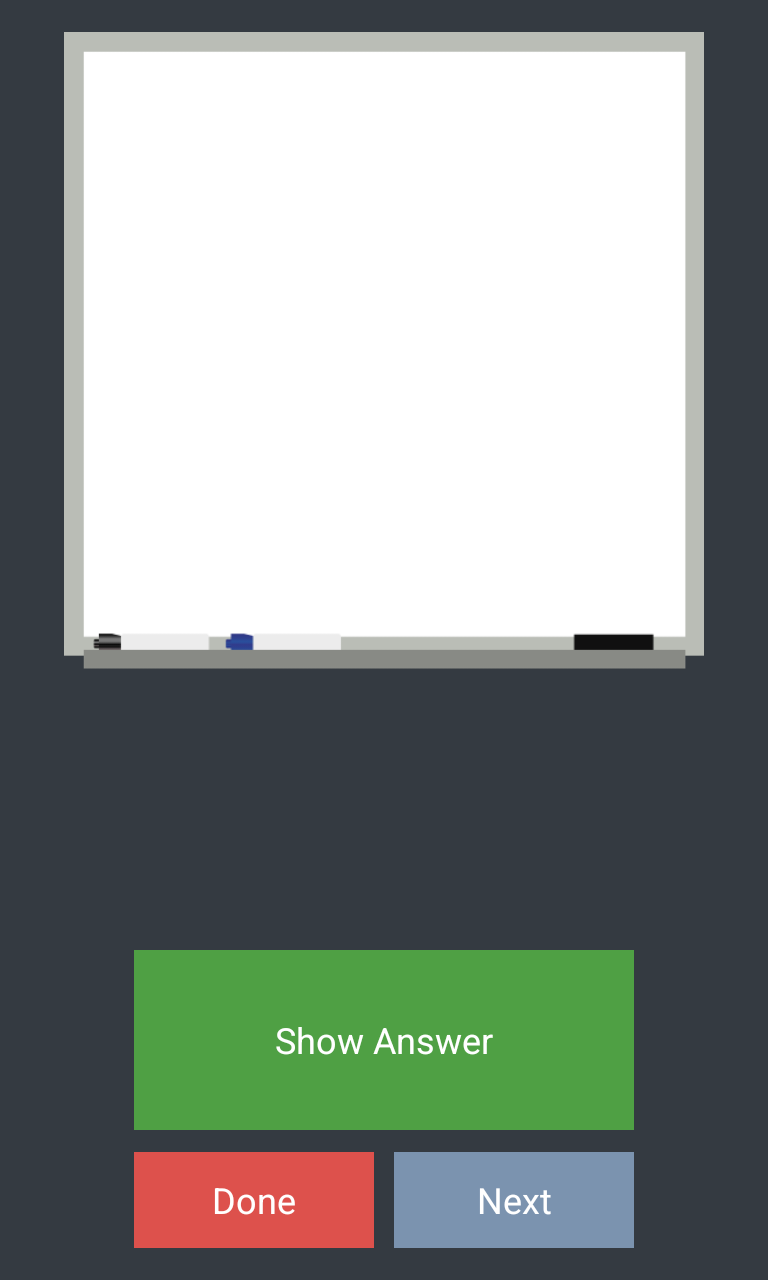
Repository: kishukismat/flashbuddy
Layout: FlashBuddy/res/layout/activity_flash_buddy_exec_study_deck.xml
These files come from the project's save history. The layout is drawn as it stood at one moment and after the next save; the edit follows.
It is drawn on a 768 x 1280 px phone screen (xhdpi) without system bars, with theme AppTheme; the app's code is not run.

Above is the layout before, as saved 2014-05-10 17:07:39.

After the next save:
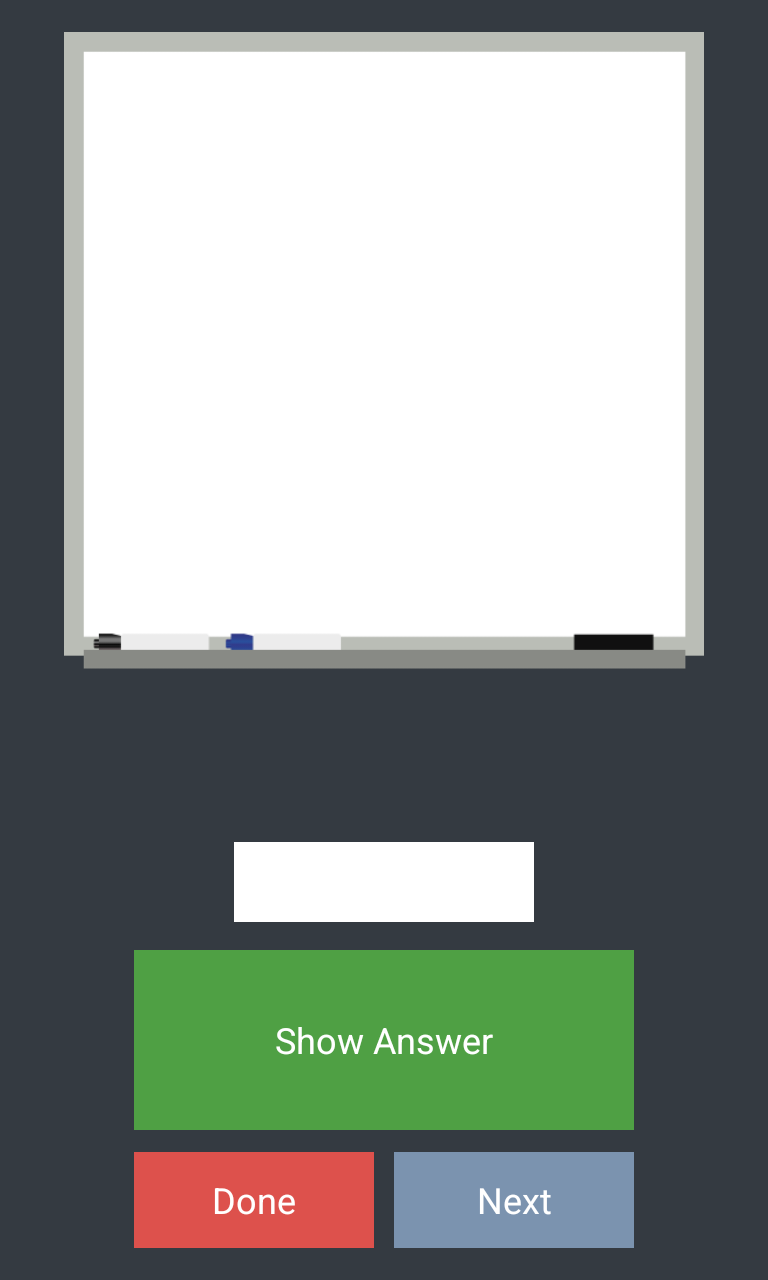
Saved 4 min 18 s later.
--- a/FlashBuddy/res/layout/activity_flash_buddy_exec_study_deck.xml
+++ b/FlashBuddy/res/layout/activity_flash_buddy_exec_study_deck.xml
@@ -118,7 +118,7 @@
         android:layout_above="@+id/AnswerButton"
         android:layout_centerHorizontal="true"
         android:layout_marginBottom="14dp"
-        android:background="@null"
+        android:background="@color/white"
         android:ems="10"
         android:gravity="center|center_horizontal"
         android:textColor="@color/white"
